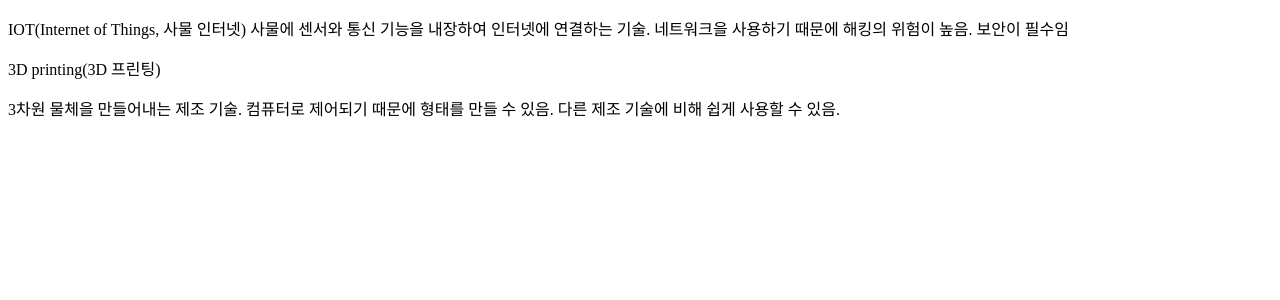
Repository: kmh9964/view
Page: workspace/studyhtml5/src/htmltags01.html
An editor plug-in stored every save of this project. The page is shown before and after the next save, followed by the edit.
The browser window is 1280 px wide. The pictures show the whole page.

Above is the page before, as saved 2022-12-13 06:56:15.

After the next save:
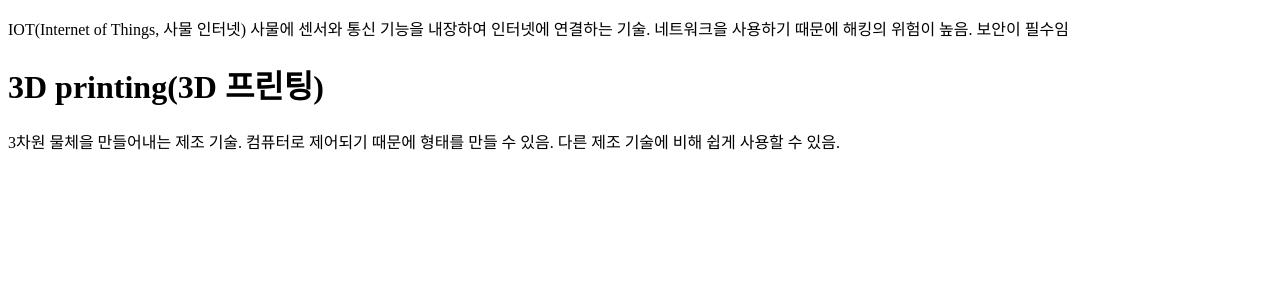
Saved 35 s later.
--- a/workspace/studyhtml5/src/htmltags01.html
+++ b/workspace/studyhtml5/src/htmltags01.html
@@ -7,11 +7,11 @@
 	<title>Document</title>
 </head>
 <body>
-	<p>IOT(Internet of Things, 사물 인터넷)
+	    <p>IOT(Internet of Things, 사물 인터넷)
 		사물에 센서와 통신 기능을 내장하여 인터넷에 연결하는 기술.
 		네트워크을 사용하기 때문에 해킹의 위험이 높음.
 		보안이 필수임</p>
-	<h>3D printing(3D 프린팅)</h>
+	<h1>3D printing(3D 프린팅)</h1>
 	<p>3차원 물체을 만들어내는 제조 기술.
 		컴퓨터로 제어되기 때문에 형태를 만들 수 있음.
 		다른 제조 기술에 비해 쉽게 사용할 수 있음.</p>
